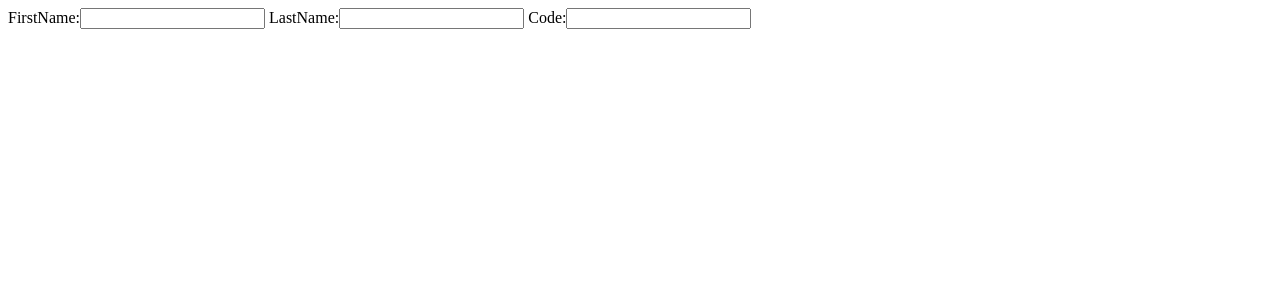
Repository: ramakrishnan1997/ram_javatraining
Page: javascript/src/main/webapp/blurfocus.html
These files come from the project's save history. The page is drawn as it stood at one moment and after the next save; the edit follows.
The browser window is 1280 px wide. The pictures show the whole page.

Above is the page before, as saved 2022-06-29 06:50:14.

After the next save:
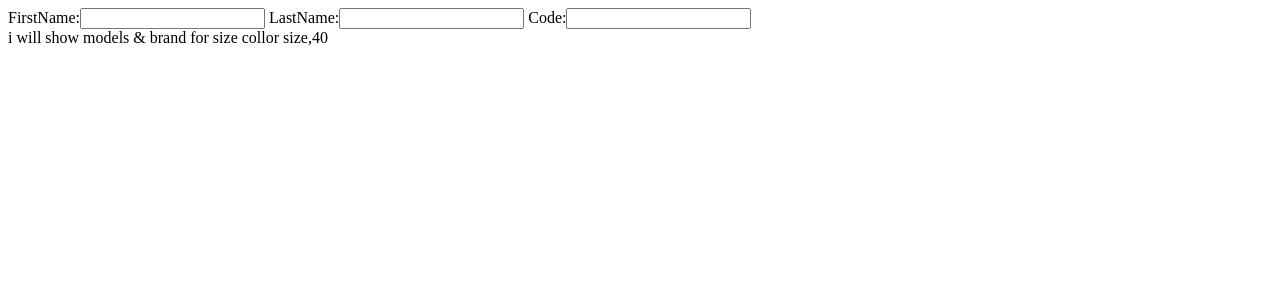
Saved 7 min 40 s later.
--- a/javascript/src/main/webapp/blurfocus.html
+++ b/javascript/src/main/webapp/blurfocus.html
@@ -11,7 +11,8 @@ FirstName:<input type="text" name="firstname" id="firstname"/>
 LastName:<input type="text" name="lasname" id="lastname"/>
 Code:<input type="text" name="code" id="code"/>
 </form>
-<script type="text/javascript">
+<script type="text/javascript" src="scripts/cookies.js">
+readcookie();
 var firstname=document.getElementById("firstname");
 var lastname=document.getElementById("lastname");
 var code=document.getElementById("code");

After the save that followed:
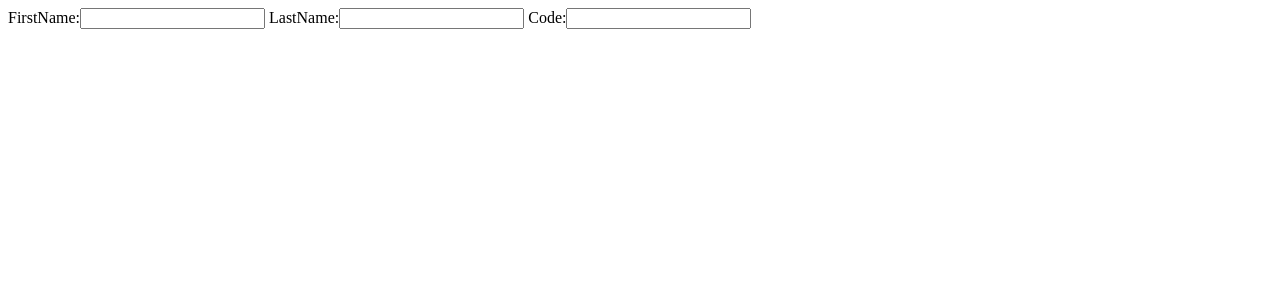
Saved 3 s later.
--- a/javascript/src/main/webapp/scripts/cookies.js
+++ b/javascript/src/main/webapp/scripts/cookies.js
@@ -19,5 +19,5 @@ function readcookie()
 }
 (function(){
 	setcookie();
-	readcookie();
+
 })();
